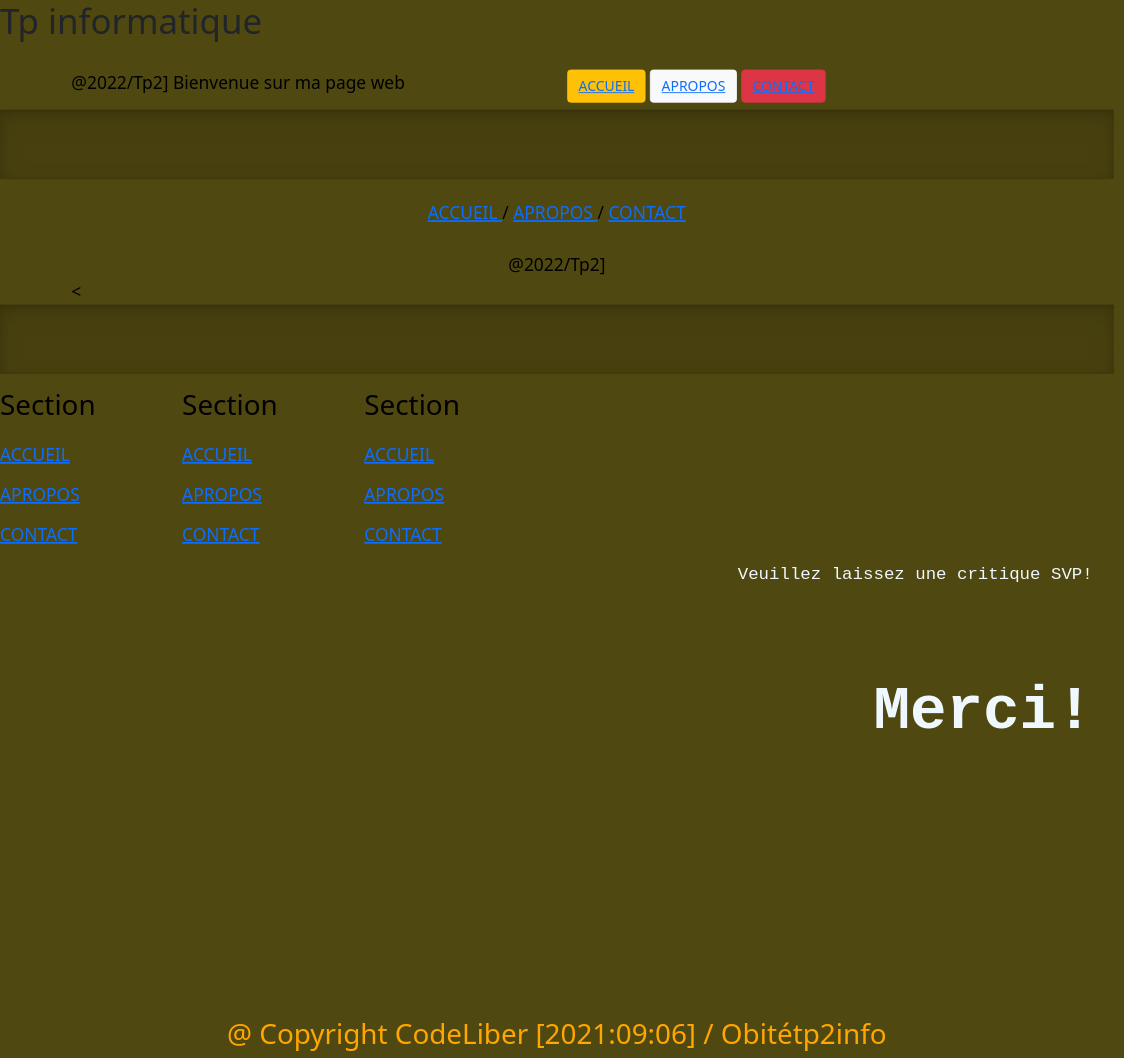
Repository: zezesylvain/cours-l3-info-2023-2024
Page: k.obite/Tp 2/Tp2/Index.html
These files come from the project's save history. The page is drawn as it stood at one moment and after a run of saves; the edit follows.
The browser window is 1280 px wide. The page is 1292 px wide, so the pictures cover 1292 px, including what lies to the right of the window. The pictures show the part of the page from y = 200 to 1416 px (the page is 1416 px tall before and 1386 px after), at 87% of full size.

Above is the page before, as saved 2021-12-15 11:19:30.

### k.obite/Tp 2/Tp2/Index.html
<!doctype html>
<html lang="en">
  <head>
    <!-- Required meta tags -->
    <meta charset="utf-8">
    <meta name="viewport" content="width=device-width, initial-scale=1">

    <!-- Bootstrap CSS -->
    <link href="https://cdn.jsdelivr.net/npm/bootstrap@5.1.3/dist/css/bootstrap.min.css" rel="stylesheet" integrity="sha384-1BmE4kWBq78iYhFldvKuhfTAU6auU8tT94WrHftjDbrCEXSU1oBoqyl2QvZ6jIW3" crossorigin="anonymous">
    <link rel="stylesheet" href="style.css">

    <title>Tp2, programmation, web</title>
  </head>

      <img  id="photo0" src="img10.png">
       <h1> Tp informatique </h1>


    <nav>

    </nav>

  <body>

 <br>


    <div class="container">
      <div class="row">
        <div class="col-md-6">
          <p>@2022/Tp2] Bienvenue sur ma page web</p>
        </div>
             <div class="col-md-6">
                <button type="button" class="btn btn-warning"> <a href="index.html"> ACCUEIL </a>  </button>
                <button type="button" class="btn btn-light"> <a href="about.html"> APROPOS </a> </button>
                <button type="button" class="btn btn-danger"> <a href="contact.html">  CONTACT </a></button>
             </div>
      </div>
    </div>

    <div id="vide"> </div>

<br>


    <div class="container">
       <div class="row">

<br>
<br>
         <div  class="col-md-12" id="fichier11">
           <a href="index.html"> ACCUEIL </a> /
           <a href="about.html"> APROPOS </a> /
           <a href="contact.html">  CONTACT </a>
         </div>
         <div id="deco" class="col-md-12">
            @2022/Tp2]
         </div>
        </div>
    <</div>


     <div id="vide"> </div>

      <div class="row">

    <br>

         <div class="row">

         <p  class="col-md-6" id="fichier111">

           <div class="row">
          <h2 class="col-md-2"> Section </h2>
          <h2 class="col-md-2"> Section </h2>
          <h2 class="col-md-2"> Section </h2>

        </div>
        </p>

         <p class="row">

          <a class="col-md-2" href="index.html"> ACCUEIL  </a>
         <a  class="col-md-2" href="Index.html"> ACCUEIL </a>
         <a class="col-md-2" href="Index.html"> ACCUEIL </a>
         </p>

         <p class="row">

         <a class="col-md-2" href="about.html">  APROPOS  </a>
         <a class="col-md-2" href="Index.html"> APROPOS </a>
         <a class="col-md-2" href="Index.html"> APROPOS </a>
         </p>

         <p class="row">

         <a class="col-md-2" href="contact.html"> CONTACT  </a>
         <a class="col-md-2" href="Index.html"> CONTACT </a>
         <a class="col-md-2" href="Index.html"> CONTACT </a>
         </p>

         <p id="deco2" class="col-md-12"> Veuillez laissez une critique SVP!
           <br>
           <br>
           <br>
           <br>

          <b id="merci"> Merci!</b>

        </p>

         </p>


     <br>
     <br>
     <br>


        </div>

        </div>

        <br>
        <br>
        <br>
        <br>
        <br>
        <br>
        <br>
        <br>


        <footer>
          <h2 id="copy"> @ Copyright CodeLiber [2021:09:06] / Obitétp2info </h2>
       </footer>






    <!-- Optional JavaScript; choose one of the two! -->

    <!-- Option 1: Bootstrap Bundle with Popper -->
    <script src="https://cdn.jsdelivr.net/npm/bootstrap@5.1.3/dist/js/bootstrap.bundle.min.js" integrity="sha384-ka7Sk0Gln4gmtz2MlQnikT1wXgYsOg+OMhuP+IlRH9sENBO0LRn5q+8nbTov4+1p" crossorigin="anonymous"></script>

    <!-- Option 2: Separate Popper and Bootstrap JS -->
    <!--
    <script src="https://cdn.jsdelivr.net/npm/@popperjs/core@2.10.2/dist/umd/popper.min.js" integrity="sha384-7+zCNj/IqJ95wo16oMtfsKbZ9ccEh31eOz1HGyDuCQ6wgnyJNSYdrPa03rtR1zdB" crossorigin="anonymous"></script>
    <script src="https://cdn.jsdelivr.net/npm/bootstrap@5.1.3/dist/js/bootstrap.min.js" integrity="sha384-QJHtvGhmr9XOIpI6YVutG+2QOK9T+ZnN4kzFN1RtK3zEFEIsxhlmWl5/YESvpZ13" crossorigin="anonymous"></script>
    -->
  </body>
</html>

### k.obite/Tp 2/Tp2/style.css

#copy{

    color: rgb(255, 166, 00);
    text-align: center;
}

body{

    background-color:rgb(80, 72, 17)

}




#photo0{

    width: 100%;
    height: 200px;

}



#fichier1{

    font-size: 40px;
    text-align: right;
    color: aliceblue

}

div{


    border: 2px;
    text-align: left;
    font-size: 20px;
    color: black;

}

#vide{

    height: 5rem;
    background-color: rgba(0, 0, 0, 0.1);
    border: solid rgba(0, 0, 0, 0.15);
    border-width: 1px 0;
    box-shadow: inset 0 .5em 1.5em rgba(0, 0, 0, .1), inset 0 .125em .5em rgba(0, 0, 0, .15);
}

#deco{

    text-align: center;
}

#fichier11{

    text-align: center;
}

#deco2{

    color:aliceblue;
    font-family: 'Courier New', Courier, monospace;
    text-align: right;
}

#merci{
    font-size: 70px;
}

#msg{



}

After the next 2 saves:
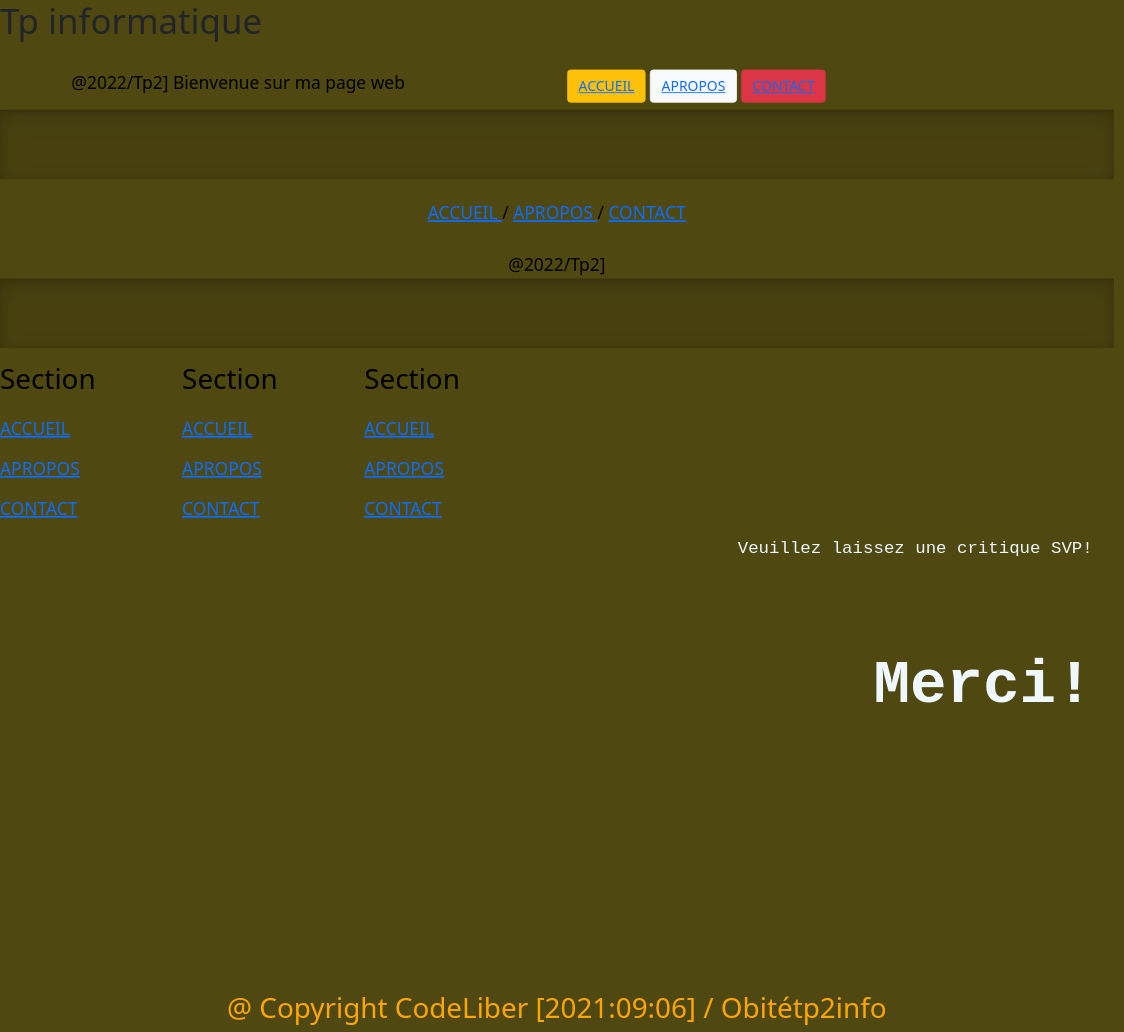
The 2 saves are shown as one change because they came seconds apart.
The last was saved 7 s later.
--- a/k.obite/Tp 2/Tp2/Index.html
+++ b/k.obite/Tp 2/Tp2/Index.html
@@ -57,7 +57,7 @@
             @2022/Tp2]
          </div>
         </div>
-    <</div>
+      </div>
 
 
      <div id="vide"> </div>

After the 2 saves that followed:
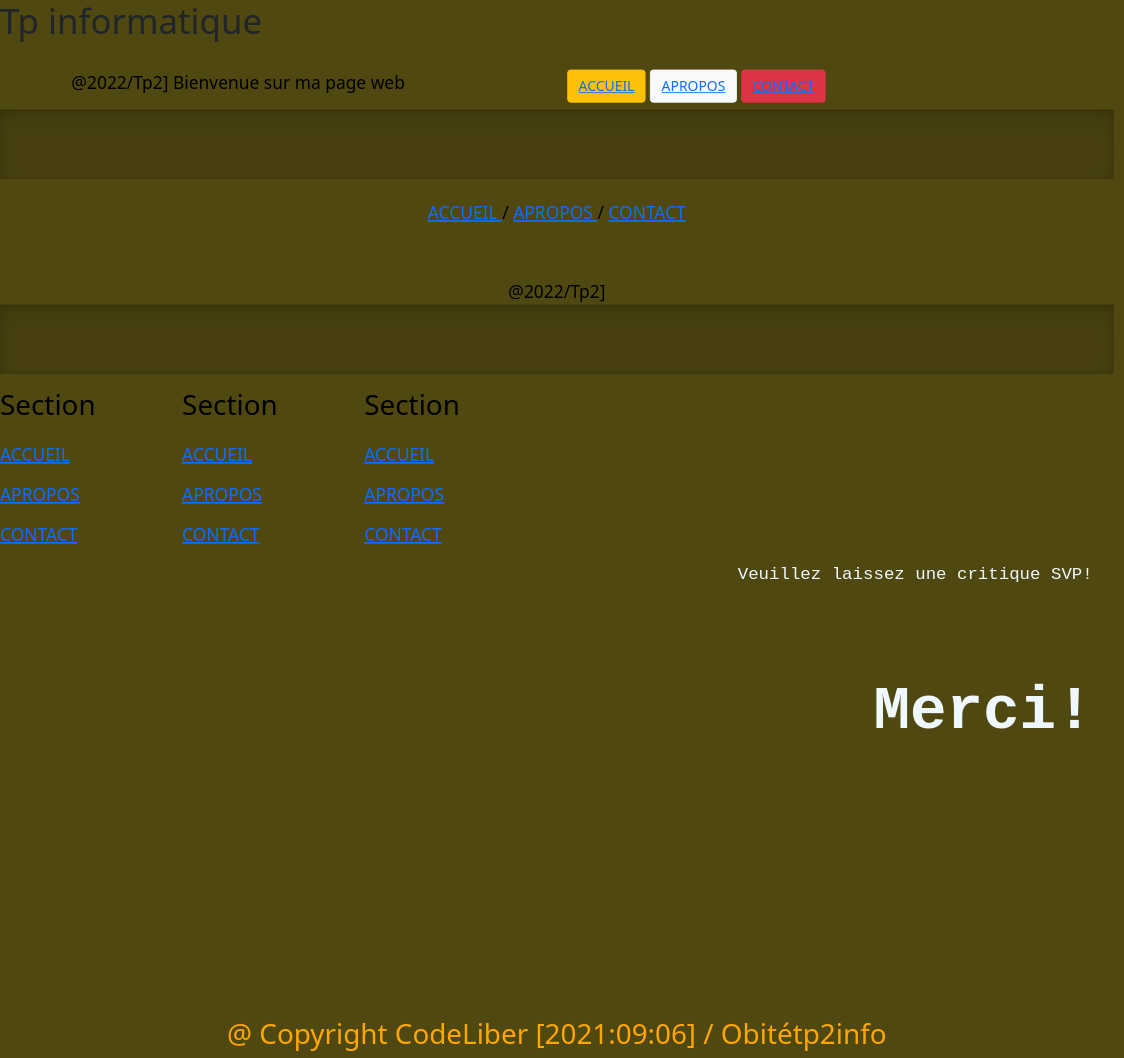
The 2 saves are shown as one change because 1 left the picture as it was.
The last was saved 37 s later.
--- a/k.obite/Tp 2/Tp2/Index.html
+++ b/k.obite/Tp 2/Tp2/Index.html
@@ -44,7 +44,7 @@
 
 
     <div class="container">
-       <div class="row">
+       <div class="row"> <br>
 
 <br>
 <br>
